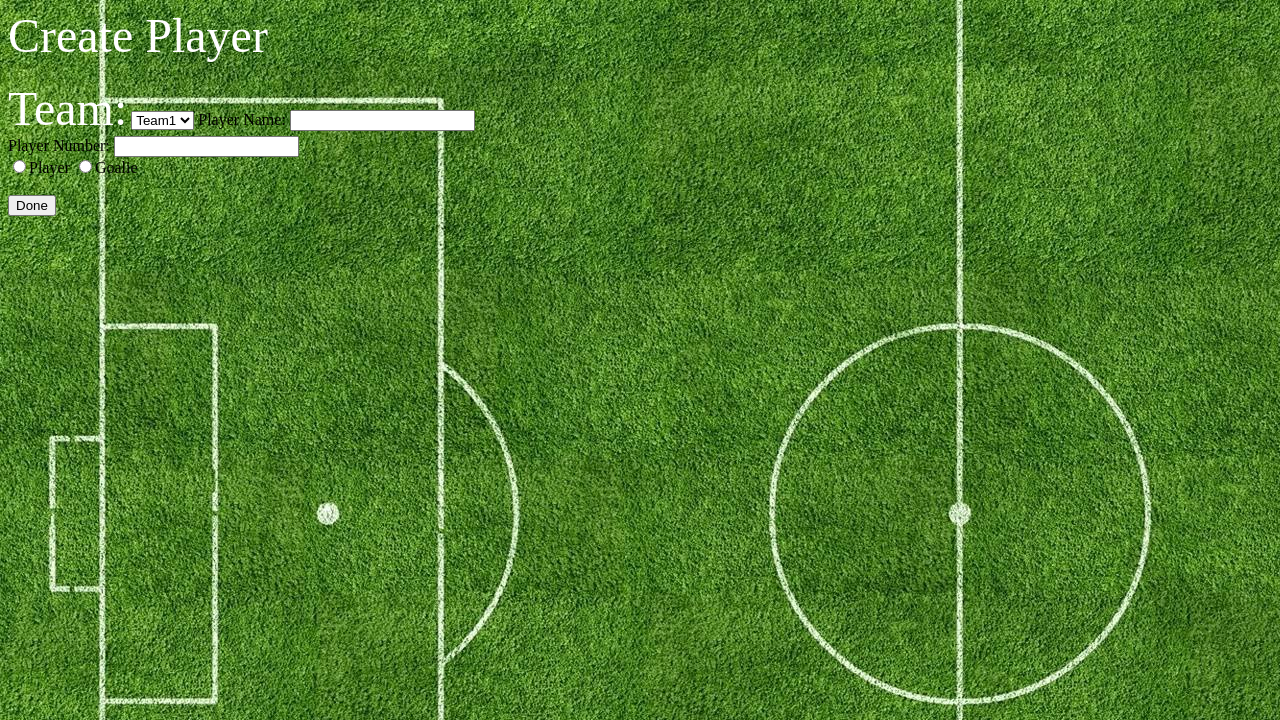
Repository: FredGlozman/SwiftScore
Page: SwiftScore/CreatePlayer.html
The author's editor kept a copy of each file at every save. The page is drawn from the files as they stood at one save, then again after the next save.
The browser window is 1280 px wide. The pictures show the whole page.

Above is the page before, as saved 2015-12-03 12:33:41.

After the next save:
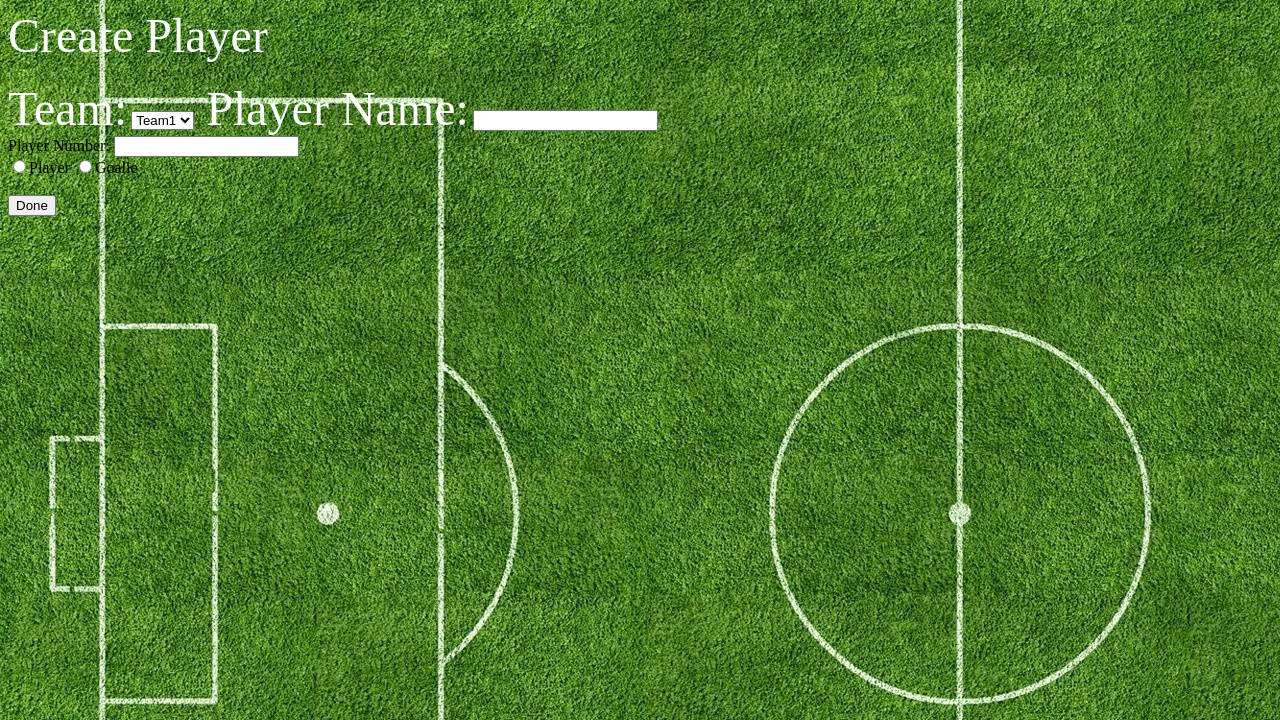
Saved 12 s later.
--- a/SwiftScore/CreatePlayer.html
+++ b/SwiftScore/CreatePlayer.html
@@ -10,7 +10,7 @@
 	<select>
 		<option name=team value="team1">Team1</option>
 		<option name=team value="team2">Team2</option>
-	</select> Player Name: <input type="text" name="PlayerName"> <br>
+	</select><font color="white" size = 30x > Player Name:</font> <input type="text" name="PlayerName"> <br>
 	Player Number: <input type="text" name="PlayerNumber"> <br>
 	<input type="radio" name="Type" value="player">Player <input
 		type="radio" name="Type" value="goalie">Goalie <br>
